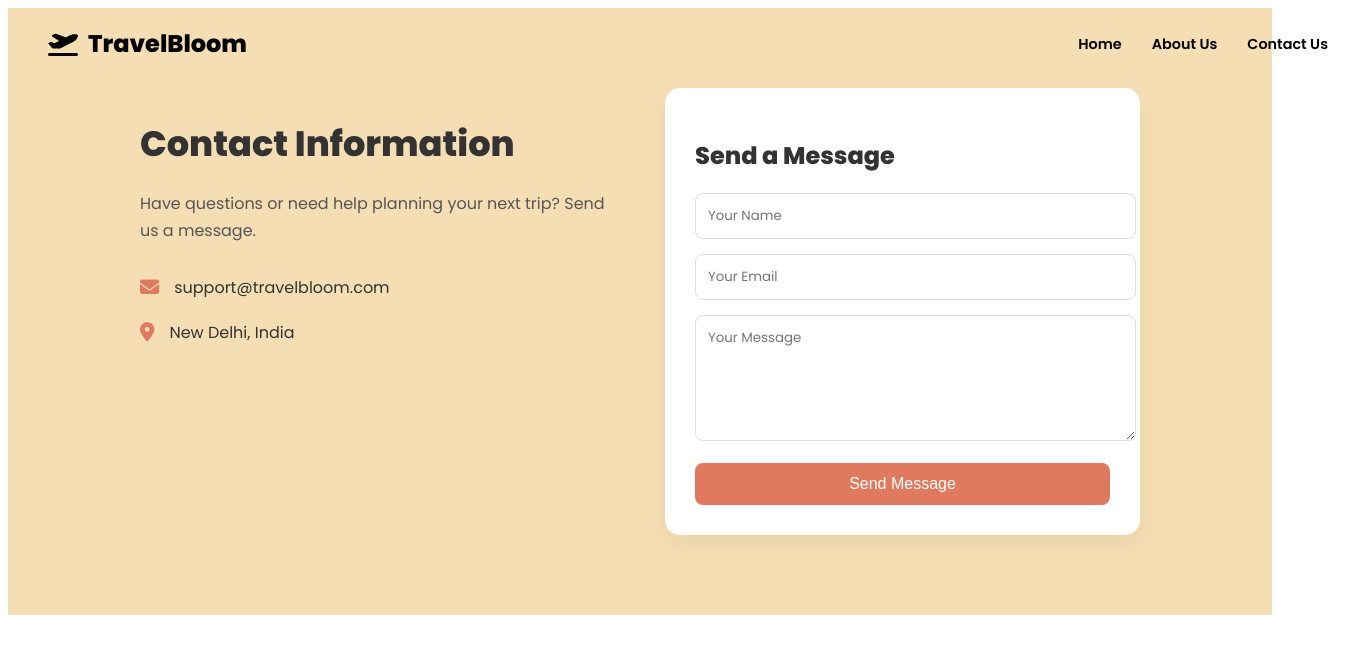
Repository: LatikaAdhikari064/TravelBloom_Project
Page: contact.html
An editor plug-in stored every save of this project. The page is shown before and after a run of saves, followed by the edit.
The browser window is 1280 px wide. The page is 1368 px wide, then 1288 px, so the pictures cover 1368 px, including what lies to the right of the window. The pictures show the whole page.

Above is the page before, as saved 2026-01-08 20:50:03.

### contact.html
<!DOCTYPE html>
<html lang="en">
<head>
    <meta charset="UTF-8">
    <meta name="viewport" content="width=device-width, initial-scale=1.0">
    <title>Contact Us - TravelBloom</title>

    <!-- Fonts & Icons -->
    <link href="https://fonts.googleapis.com/css2?family=Poppins:wght@300;400;600;800&display=swap" rel="stylesheet">
    <link rel="stylesheet" href="https://cdnjs.cloudflare.com/ajax/libs/font-awesome/6.4.0/css/all.min.css">

    <!-- CSS -->
    <link rel="stylesheet" href="contact.css">
</head>
<body>

    <nav class="navbar">
        <div class="logo">
            <i class="fas fa-plane-departure"></i> TravelBloom
        </div>
        <ul class="nav-links">
            <li><a href="/">Home</a></li>
            <li><a href="about.html">About Us</a></li>
            <li><a href="contact.html">Contact Us</a></li>
        </ul>
    </nav>
    <!-- CONTACT SECTION -->
    <section class="contact-section">
        <div class="contact-container">

            <!-- INFO -->
            <div class="contact-info">
                <h2>Contact Information</h2>
                <p>Have questions or need help planning your next trip? Send us a message.</p>

                <div class="info-item">
                    <i class="fas fa-envelope"></i>
                    <span>support@travelbloom.com</span>
                </div>

                <div class="info-item">
                    <i class="fas fa-map-marker-alt"></i>
                    <span>New Delhi, India</span>
                </div>
            </div>

            <!-- FORM -->
            <form class="contact-form">
                <h2>Send a Message</h2>

                <input type="text" placeholder="Your Name" required>
                <input type="email" placeholder="Your Email" required>
                <textarea placeholder="Your Message" rows="5" required></textarea>

                <button type="submit">Send Message</button>
            </form>

        </div>
    </section>

</body>
</html>

### contact.css
/* --- CONTACT PAGE STYLES --- */

body {
    font-family: 'Poppins', sans-serif;
}
/* --- Navigation Bar --- */
.navbar {
    position: absolute; /* Sits transparently over the hero image */
    top: 0;
    width: 100%;
    display: flex;
    justify-content: space-between;
    align-items: center;
    padding: 15px 40px;
    z-index: 100; /* Ensures nav is above everything */
    color: rgb(2, 2, 2);
}

.logo {
    font-size: 1.5rem;
    font-weight: 800;
    display: flex;
    align-items: center;
    gap: 10px;
}

.nav-links {
    list-style: none;
    display: flex;
    gap: 30px;
}

.nav-links a {
    text-decoration: none;
    color: rgb(2, 2, 2);
    font-weight: 600;
    font-size: 0.9rem;
    transition: color 0.3s ease;
}

.nav-links a:hover {
    color: #E07A5F; /* Coral accent color */
}

.contact-hero h1 {
    font-size: 3rem;
    font-weight: 800;
}

.contact-hero p {
    font-size: 1.1rem;
    opacity: 0.9;
}

/* SECTION */
.contact-section {
    padding: 80px 20px;
    background:wheat;
}

.contact-container {
    max-width: 1000px;
    margin: auto;
    display: grid;
    grid-template-columns: 1fr 1fr;
    gap: 50px;
}

/* INFO */
.contact-info h2 {
    font-size: 2.2rem;
    margin-bottom: 20px;
    color: #333;
}

.contact-info p {
    color: #555;
    margin-bottom: 30px;
    line-height: 1.7;
}

.info-item {
    display: flex;
    align-items: center;
    gap: 15px;
    margin-bottom: 20px;
    color: #333;
}

.info-item i {
    color: #E07A5F;
    font-size: 1.2rem;
}

/* FORM */
.contact-form {
    background: white;
    padding: 30px;
    border-radius: 15px;
    box-shadow: 0 10px 25px rgba(0,0,0,0.05);
}

.contact-form h2 {
    margin-bottom: 20px;
    color: #333;
}

.contact-form input,
.contact-form textarea {
    width: 100%;
    padding: 12px;
    margin-bottom: 15px;
    border-radius: 8px;
    border: 1px solid #ddd;
    font-family: inherit;
}

.contact-form input:focus,
.contact-form textarea:focus {
    outline: none;
    border-color: #E07A5F;
}

.contact-form button {
    width: 100%;
    padding: 12px;
    background: #E07A5F;
    border: none;
    color: white;
    font-size: 1rem;
    border-radius: 8px;
    cursor: pointer;
    transition: background 0.3s;
}

.contact-form button:hover {
    background: #cf6a52;
}

/* RESPONSIVE */
@media (max-width: 768px) {
    .contact-container {
        grid-template-columns: 1fr;
    }

    .contact-hero h1 {
        font-size: 2.2rem;
    }
}

After the next 2 saves:
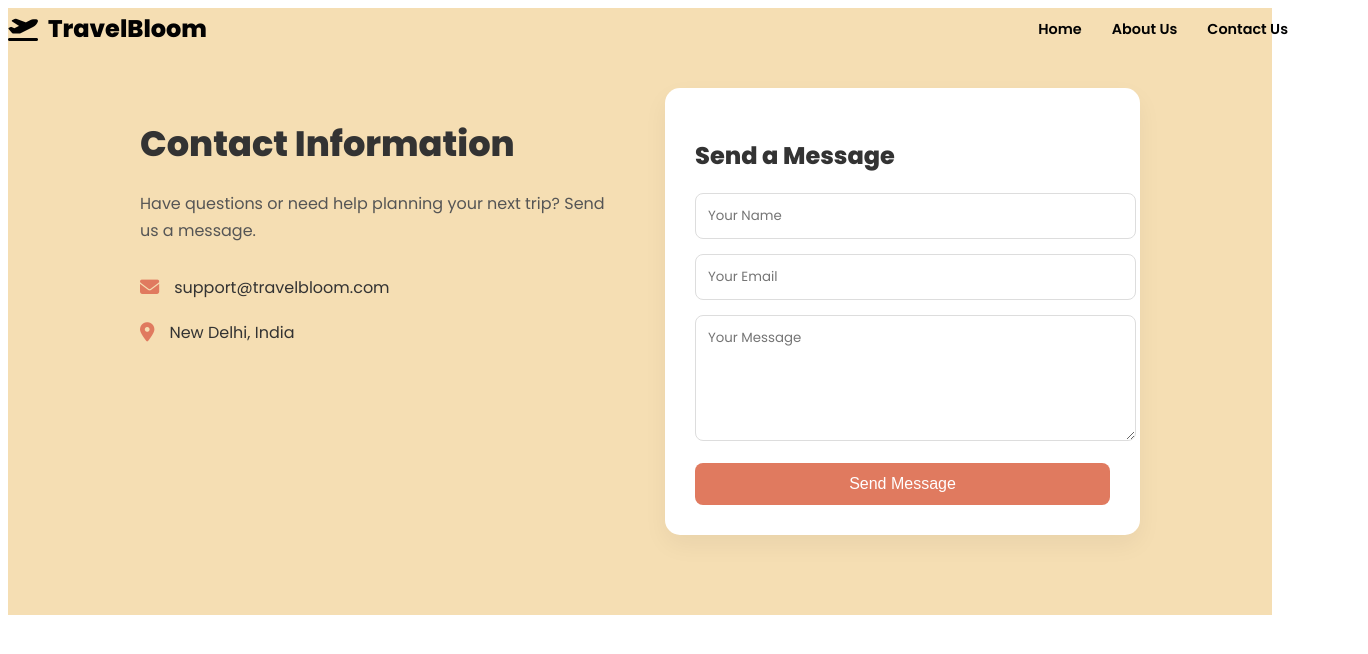
The 2 saves are shown as one change because they came seconds apart.
The last was saved 19 s later.
--- a/contact.css
+++ b/contact.css
@@ -11,7 +11,6 @@ body {
     display: flex;
     justify-content: space-between;
     align-items: center;
-    padding: 15px 40px;
     z-index: 100; /* Ensures nav is above everything */
     color: rgb(2, 2, 2);
 }
